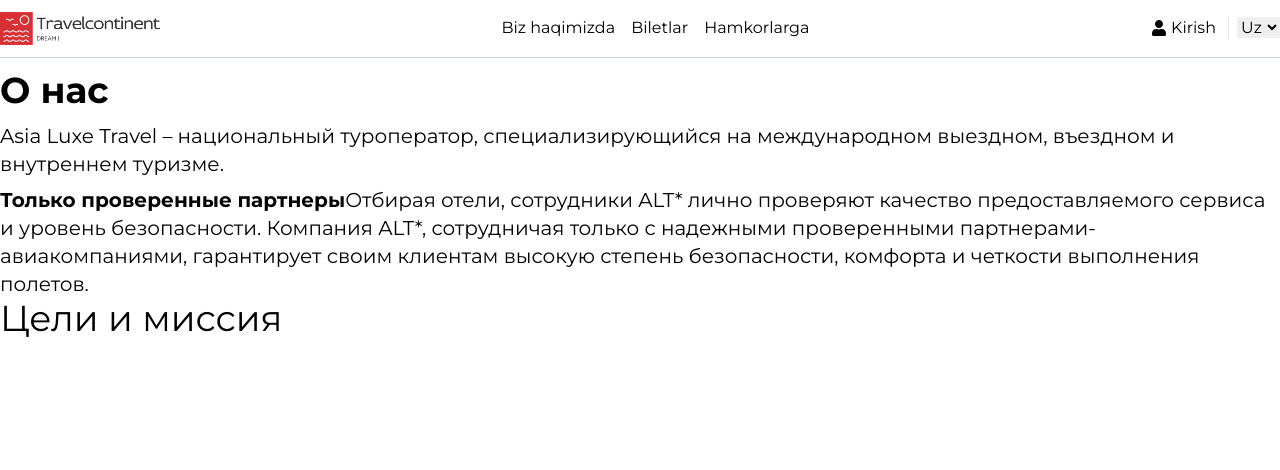
Repository: ziyodbek0300/avia-sales_
Page: /about-us
An editor plug-in stored every save of this project. The page is shown before and after the next save, followed by the edit.
The browser window is 1280 px wide. The pictures show the whole page.
The project was rebuilt for these pictures with package versions that can differ from the ones it lists, and the page was loaded fresh each time. Also part of the build but not shown: src/containers/home/Home.jsx.

Above is the page before, as saved 2022-06-04 00:32:27.

After the next save:
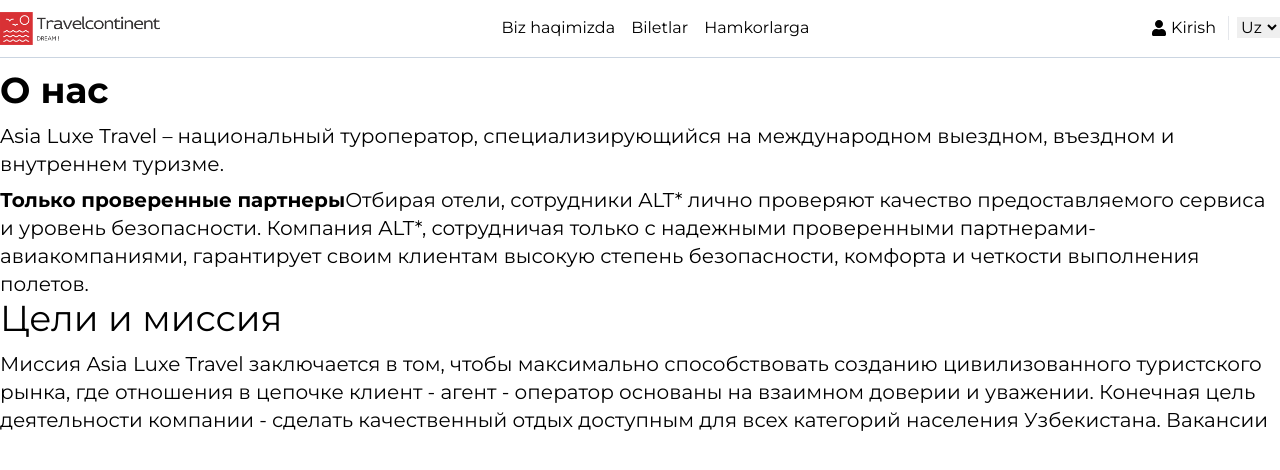
Saved 21 s later.
--- a/src/containers/about/About.jsx
+++ b/src/containers/about/About.jsx
@@ -13,6 +13,10 @@
                     Отбирая отели, сотрудники ALT* лично проверяют качество предоставляемого сервиса и уровень безопасности. Компания ALT*, сотрудничая только с надежными проверенными партнерами-авиакомпаниями, гарантирует своим клиентам высокую степень безопасности, комфорта и четкости выполнения полетов.
                 </p>
                 <p className='text-4xl font-normal mb-3'>Цели и миссия</p>
+                <p className='text-xl'>
+                    Миссия Asia Luxe Travel заключается в том, чтобы максимально способствовать созданию цивилизованного туристского рынка, где отношения в цепочке клиент - агент - оператор основаны на взаимном доверии и уважении. Конечная цель деятельности компании - сделать качественный отдых доступным для всех категорий населения Узбекистана.
+                    Вакансии
+                </p>
             </div>
         </div>
     )
